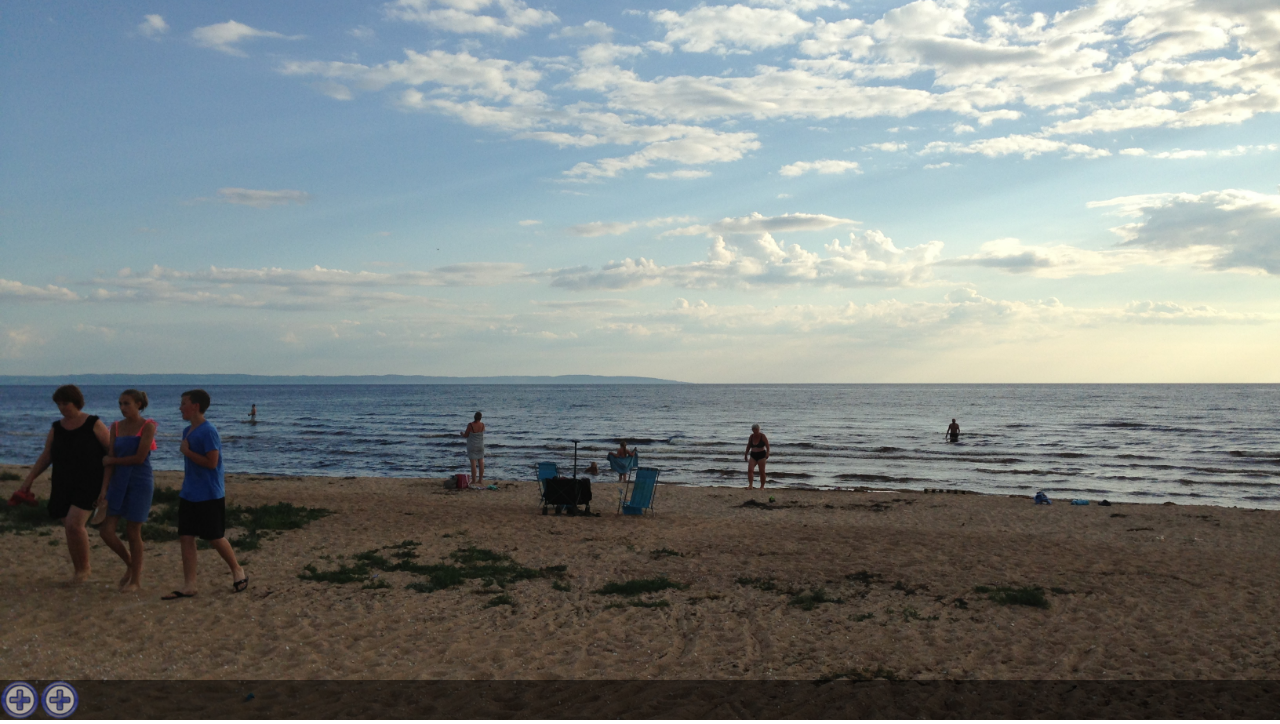
Repository: mc22dg/1dv403-laborationer
Page: Projekt/index.html
The author's editor kept a record of every edit. The page is drawn from the files as they stood at one moment, then again after the next edit.
The browser window is 1280 px wide. The pictures show the whole page.
Some web libraries are served in a nearby version.

Above is the page before.
Console error: TypeError: Cannot set properties of null (setting 'innerHTML')

### Projekt/index.html
<!DOCTYPE html>
<html lang="sv">
<head>
	<meta charset="UTF-8" />
 	<title>Martins Projekt 1dv403</title>
 	<link rel="stylesheet" href="style.css"/>
    <script src="//ajax.googleapis.com/ajax/libs/jquery/2.1.3/jquery.min.js"></script>
    <script src="script2.js"></script>

 <!--	<script src="desktop.js"></script>
 	<script src="window.js"></script>
 	<script src="start.js"></script>
 	<script src="memory.js"></script>
 	<script src="gallery.js"></script>
 	<script src="script.js"></script> -->


</head>
    <body>
        <div id="desktop">
                <template id="template">
                    <div class="window">
                        <div class="headline"><div class="title">The globe</div><img class="close" src ="pics/exit.png"></img></div>
                        <div class="box"></div>
                        <div class="underline"><img class="loading" src="pics/loadingX.gif"></img>Loading</div>
                    </div>
                </template>
            <div id="start"></div>
        </div>
    </body>
</html>

### Projekt/style.css
html, body
{
    width:100%;
    height:100%;
    margin:0;
    padding:0;
}
#desktop
{
    background-image: url("pics/background2.jpg");
    background-size:cover;
    background-position:center;
    width:100%;
    height:100%;
}

.headline{
    background-color:gray;
    width:100%;
    height:20px;
    padding-bottom:5px;
    top:5px;
    color:white;
    font-family:sans-serif;
}

.box{
    background-color:white;
    width:100%;
    height:300px;
    overflow: scroll;
    text-align:center;

}
.box ul{

    list-style:none;
    margin-top:0px;
    padding-left:0px;

}
.box ul li{
    background-color:#95a5a6;
    display: inline-block;
    text-align:center;
    padding:5px;
    margin:3px;

}
.box img{
    border:3px;
}

.underline{
    background-color:gray;
    width:100%;
    height:20px;

}
#start{

    background-color:black;
    opacity:0.5;
    width:100%;
    height:40px;
    position:absolute;
    bottom:0px;
}
#start img{
    width:40px;
    height:40px;
}
#start img2{
    float:right;
}
#clock{
    color:white;
    float:right;
    padding-top:490px;
}

.window
{
    overflow: hidden;
    width: 400px;
    border-radius:3px;
    border:1px solid black;

    -webkit-touch-callout: none;
    -webkit-user-select: none;
    -khtml-user-select: none;
    -moz-user-select: none;
    -ms-user-select: none;
    user-select: none;

}

.close{
    float:right;
    padding-right:3px;

}

.close:hover{
    transform:scale(1.1,1.1);
    background-color:red;
}
.title{
    float: left;
}
.title img{
    padding-top:3px;
}

### Projekt/script2.js
"use strict";

//Initierar hela applikationen
window.onload = function() {

    var desk = new Projekt.Desktop();

    Projekt.Start(desk);

    Projekt.Clock();

};

//Hela applikationen ligger i ett objekt vid namn Projekt
var Projekt = {
    closed: true,
    //Funktion som ansvarar för att skapa ett fönster
    Window: function(desktop, title) {
        {
            if (Projekt.closed) {
                Projekt.closed = false;
                var template = document.querySelector("#template");
                var windowTemplate = template.content.querySelector(".window");
                this.w = windowTemplate.cloneNode(true);
                var titleElement = this.w.querySelector(".title");
                titleElement.innerHTML = title+"The globe";
                desktop.element.appendChild(this.w);

                var self = this;

                var close = this.w.querySelector(".close");
                close.onclick = function() {
                    Projekt.Close(self);
                    Projekt.closed = true;
                };
            }
        }

    },
    Close: function(self) {

        self.w.parentNode.removeChild(self.w);

    },


    Clock: function(){
            var clock_time = new Date();
            var hours = clock_time.getHours();
            var minutes = clock_time.getMinutes();
            var seconds = clock_time.getSeconds();
            var clock = document.getElementById("clock")
            clock.innerHTML = "Klockan är: " +hours+":"+minutes+":"+seconds;
    },

    //Funktion som ansvarar för startmenyn och onklick-eventet för att öppna ett fönster
    Start: function(desk) {

        var start = document.getElementById("start");
        var img = document.createElement("img");
        var img2 = document.createElement("img")
        img2.src = "pics/blue_plus_icon.png";
        img.src = "pics/blue_plus_icon.png";
        start.appendChild(img);
        start.appendChild(img2);
        img.onclick = function() {
            var w = new Projekt.Window(desk, '<img src="pics/icon_globe.png">');
            new Projekt.Gallery(w);
        };
    },
    /*Funktion som ansvarar för galleriet. Här hämtas bilderna från servern och presenteras som tumnagelbilder
    De läggs i ett objekt där varje bild får unika värden och läggs sedan in i boxen (fönstert)
    Sätter även bakrundsbilden*/
    Gallery: function() {
        var xmlHttp = null;
        xmlHttp = new XMLHttpRequest();
        xmlHttp.open("GET", "http://homepage.lnu.se/staff/tstjo/labbyServer/imgviewer/", true);
        xmlHttp.send(null);
        xmlHttp.onreadystatechange = function() {
            if (xmlHttp.readyState == 4) {
                document.querySelector(".underline").innerHTML = '';
                var data = JSON.parse(xmlHttp.responseText);
                var thumbWidth = 0;
                var thumbHeight = 0;
                var html = "<ul>";
                var imgId = 0;
                var big_images = [];
                data.forEach(function(value) {
                    imgId++;

                    if (value.thumbWidth > thumbWidth) {
                        thumbWidth = value.thumbWidth;
                    }
                    if (value.thumbHeight > thumbHeight) {
                        thumbHeight = value.thumbHeight;
                    }
                    big_images.push({
                        id: 'bild-' + imgId,
                        url: value.URL
                    });

                    html += '<li><img id="bild-' + imgId + '" src="' + value.thumbURL + '"></li>';
                });
                html += '</ul>';

                var box = document.querySelector(".box");
                box.innerHTML = html;

                var boxImg = document.querySelectorAll(".box img");
                for (var i = 0; i < boxImg.length; i++) {
                    console.log(boxImg[i]);
                    boxImg[i].onclick = function() {
                        var cur_id = this.id;
                        big_images.forEach(function(value) {

                            if (cur_id == value.id) {

                                document.getElementById("desktop").style.backgroundImage = 'url(' + value.url + ')';

                            }
                        });
                    };
                }

                var el = document.querySelectorAll(".box li");
                for (var i = 0; i < el.length; i++) {
                    el[i].style.width = thumbWidth + "px";
                    el[i].style.height = thumbHeight + "px";
                }
            }
        };
    },
    Desktop: function() {
        this.element = document.querySelector("#desktop");
    }
};

After the next edit:
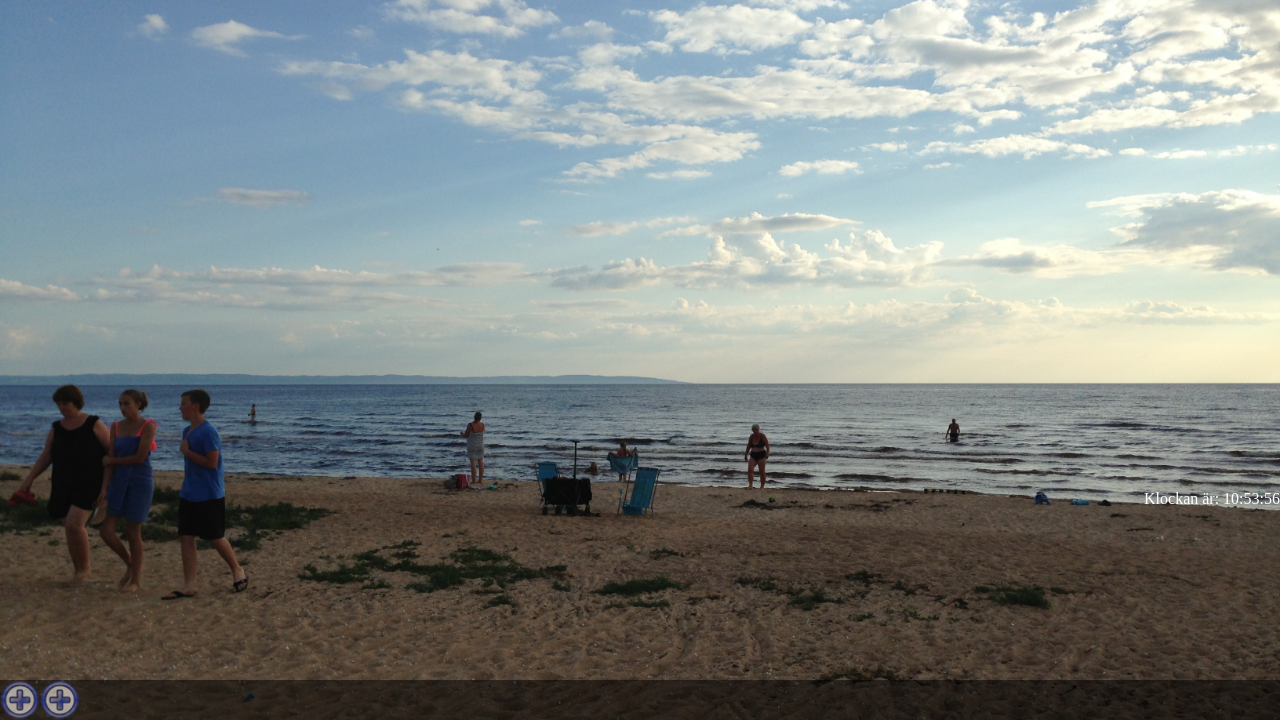
The error is gone.
The edit:
--- a/Projekt/index.html
+++ b/Projekt/index.html
@@ -25,7 +25,7 @@
                         <div class="underline"><img class="loading" src="pics/loadingX.gif"></img>Loading</div>
                     </div>
                 </template>
-            <div id="start"></div>
+            <div id="start"></div><div id="clock"></div>
         </div>
     </body>
 </html>
